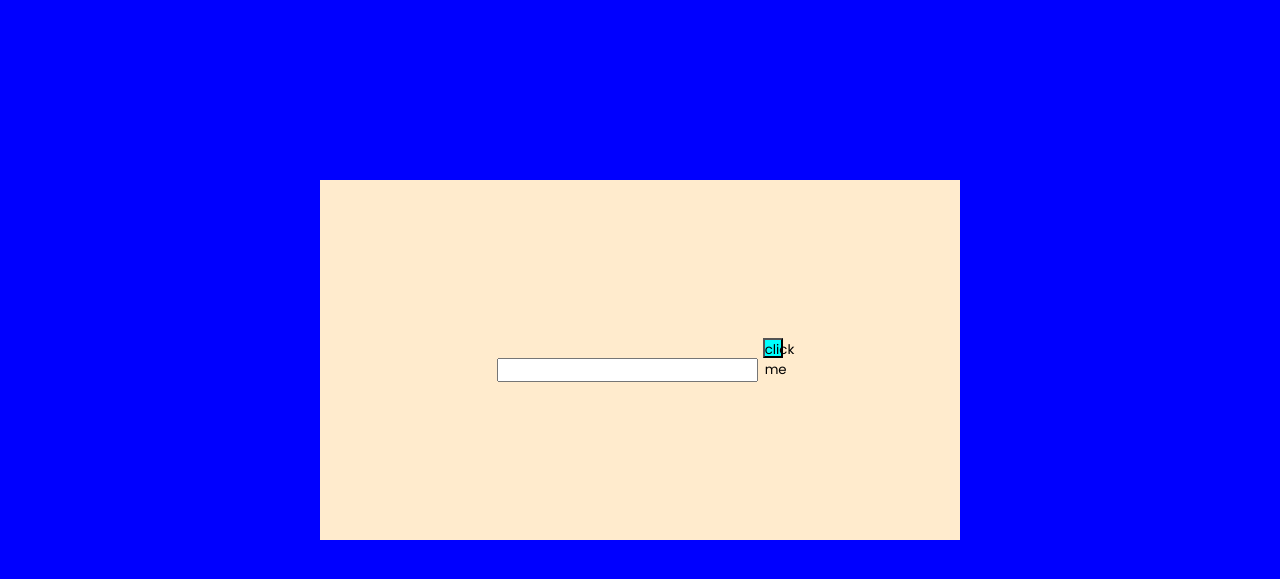
Repository: NarekTovmasyan/promise
Page: inex.html
These files come from the project's save history. The page is drawn as it stood at one moment and after the next save; the edit follows.
The browser window is 1280 px wide. The pictures show the whole page.

Above is the page before, as saved 2022-02-21 20:28:08.

After the next save:
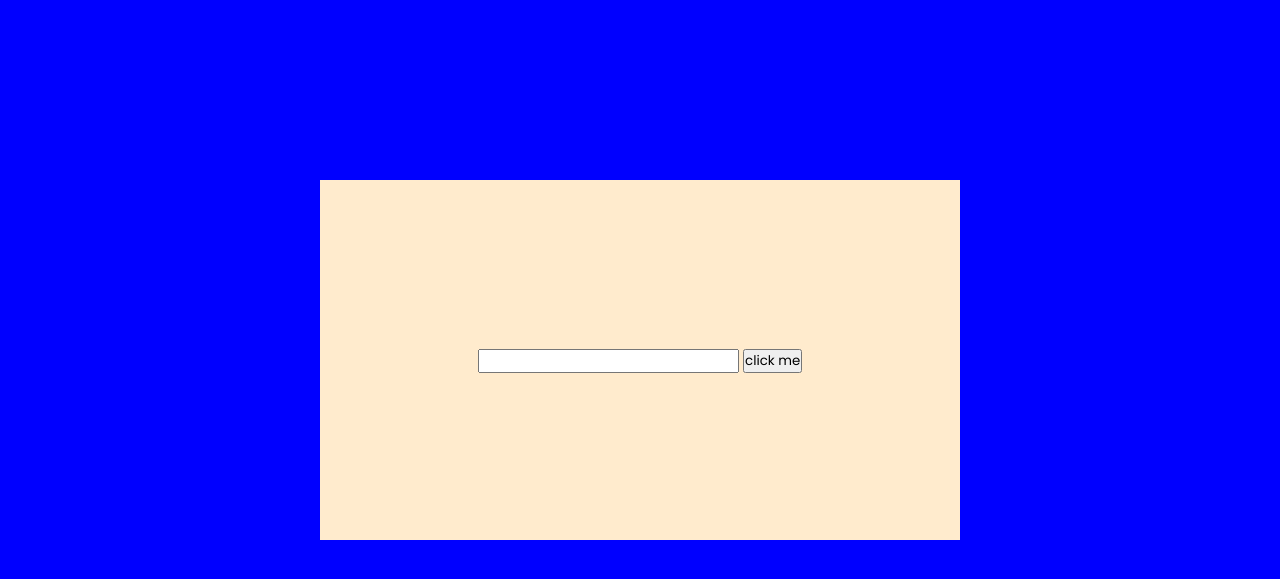
Saved 16 s later.
--- a/style.css
+++ b/style.css
@@ -31,8 +31,9 @@
 
 } */
 
-.btn {
+
+/* .btn {
     width: 20px;
     height: 20px;
     background-color: aqua;
-}
+} */
